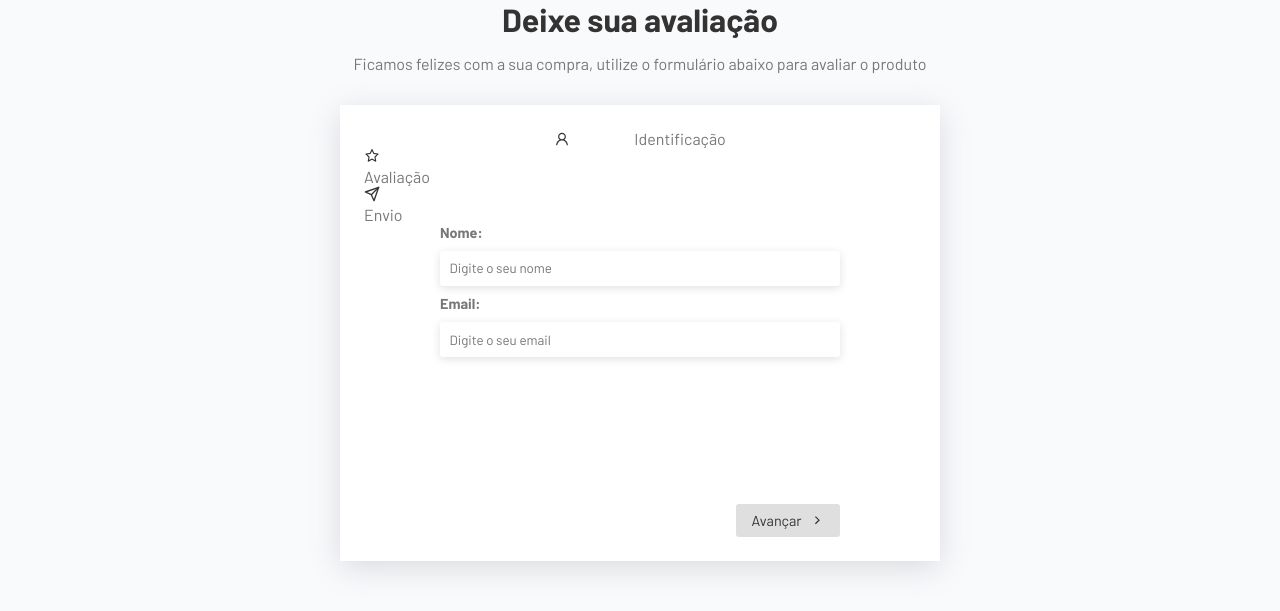
Repository: Bitroia/multistep_form_react
Page: / (app in multistep_form_react/)
An editor plug-in stored every save of this project. The page is shown before and after a run of saves, followed by the edit.
The browser window is 1280 px wide. The pictures show the whole page.
The project was rebuilt for these pictures with package versions that can differ from the ones it lists, and the page was loaded fresh each time. Also part of the build but not shown: multistep_form_react/vite.config.js, multistep_form_react/src/components/ReviewForm.jsx, multistep_form_react/src/components/Thanks.jsx.

Above is the page before, as saved 2026-06-12 14:27:55.

### multistep_form_react/index.html
<!doctype html>
<html lang="pt-br">
  <head>
    <meta charset="UTF-8" />
    <link rel="icon" type="image/svg+xml" href="/favicon.svg" />
    <link rel="preconnect" href="https://fonts.googleapis.com" />
    <link rel="preconnect" href="https://fonts.gstatic.com" crossorigin />
    <link
      href="https://fonts.googleapis.com/css2?family=Barlow:ital,wght@0,100;0,200;0,300;0,400;0,500;0,600;0,700;0,800;0,900;1,100;1,200;1,300;1,400;1,500;1,600;1,700;1,800;1,900&family=Lato:ital,wght@0,100;0,300;0,400;0,700;0,900;1,100;1,300;1,400;1,700;1,900&family=Montserrat:ital,wght@0,100..900;1,100..900&family=Roboto:ital,wght@0,100..900;1,100..900&display=swap"
      rel="stylesheet"
    />
    <meta name="viewport" content="width=device-width, initial-scale=1.0" />
    <title>Multistep Form com React</title>
  </head>
  <body>
    <div id="root"></div>
    <script type="module" src="/src/main.jsx"></script>
  </body>
</html>

### multistep_form_react/src/index.css
* {
  font-family: "Barlow";
  padding: 0;
  margin: 0;
  box-sizing: border-box;
  color: #333;
}

p {
  color: #777;
}

body {
  background-color: #f9fafc;
}

### multistep_form_react/src/App.jsx
//! Components
import { GrFormNext, GrFormPrevious } from "react-icons/gr";
import { FiSend } from "react-icons/fi";
import UserForm from "./components/UserForm";
import ReviewForm from "./components/ReviewForm";
import Thanks from "./components/Thanks";
import Steps from "./components/Steps";
import { useState } from "react";

//! Hooks

import { useForm } from "./hooks/UseForm";

import "./App.css";

function App() {
  const formComponents = [<UserForm />, <ReviewForm />, <Thanks />];

  const { currentStep, currentComponent, changeStep, isLastStep, isFirstStep } =
    useForm(formComponents);

  return (
    <div className="App">
      <div className="header">
        <h2>Deixe sua avaliação</h2>
        <p>
          Ficamos felizes com a sua compra, utilize o formulário abaixo para
          avaliar o produto
        </p>
      </div>
      <div className="form-container">
        <Steps currentStep={currentStep} />
        <form onSubmit={(e) => changeStep(currentStep + 1, e)}>
          <div className="inputs-container">{currentComponent}</div>
          <div className="actions">
            {!isFirstStep && (
              <button type="button" onClick={() => changeStep(currentStep - 1)}>
                <GrFormPrevious />
                <span>Voltar</span>
              </button>
            )}
            {!isLastStep ? (
              <button type="submit">
                <span>Avançar</span>
                <GrFormNext />
              </button>
            ) : (
              <button type="button">
                <span>Enviar</span>
                <FiSend />
              </button>
            )}
          </div>
        </form>
      </div>
    </div>
  );
}

export default App;

### multistep_form_react/src/components/UserForm.jsx
import React from "react";

const UserForm = () => {
  return (
    <div>
      <div className="form-control">
        <label htmlFor="name">Nome:</label>
        <input
          type="text"
          name="text"
          id="name"
          placeholder="Digite o seu nome"
          required
        />
        <label htmlFor="name">Email:</label>
        <input
          type="email"
          name="email"
          id="email"
          placeholder="Digite o seu email"
          required
        />
      </div>
    </div>
  );
};

export default UserForm;

### multistep_form_react/src/components/Steps.jsx
import React from "react";
import "./Steps.css";
import { AiOutlineUser, AiOutlineStar } from "react-icons/ai";
import { FiSend } from "react-icons/fi";

const Steps = ({currentStep}) => {
  return (
    <div className="steps">
      <div className="step active">
        <AiOutlineUser />
        <p>Identificação</p>
      </div>
      <div className={`step ${currentStep >= 1 ? "active" : ""}`}>
        <AiOutlineStar />
        <p>Avaliação</p>
      </div>
      <div className={`step ${currentStep >= 2 ? "active" : ""}`}>
        <FiSend />
        <p>Envio</p>
      </div>
    </div>
  );
};

export default Steps;

### multistep_form_react/src/hooks/useForm.jsx
import { useState } from "react";

export function useForm(steps) {
  const [currentStep, setCurrentStep] = useState(0);

  function changeStep(i, e) {
    if (e) e.preventDefault();

    if (i < 0 || i >= steps.length) return;

    setCurrentStep(i);
  }

  return {
    currentStep,
    currentComponent: steps[currentStep],
    changeStep,
    isLastStep: currentStep + 1 === steps.length ? true : false,
    isFirstStep: currentStep === 0 ? true : false,
  };
}

### multistep_form_react/src/App.css
.app {
  padding: 2rem;
}

/* Cabeçalho */

.header {
  text-align: center;
  margin-bottom: 2rem;
}

.header h2 {
  font-size: 2rem;
  margin-bottom: 1rem;
}

/* Forms */

.form-container {
  max-width: 600px;
  margin: 0 auto;
  background-color: #fff;
  padding: 1.5rem;
  box-shadow: rgba(100, 100, 111, 0.2) 0px 7px 29px 0px;
}

.form-container form {
  max-width: 400px;
  margin: 0 auto;
}

.inputs-container {
  min-height: 280px;
}

.form-control {
  display: flex;
  flex-direction: column;
  margin-bottom: 2rem;
  gap: 0.6rem;
}

label {
  font-weight: bold;
  font-size: 0.9rem;
  color: #777;
}

input,
textarea {
  padding: 0.6rem;
  border: none;
  border-radius: 3px;
  box-shadow: rgba(99, 99, 99, 0.2) 0px 2px 8px 0;
}

textarea {
  height: 120px;
}

/* Actions */

.actions {
  display: flex;
  justify-content: flex-end;
  gap: 1rem;
}

.actions button {
  font-size: 0.9rem;
  padding: 0.5rem 1rem;
  gap: 0.5rem;
  display: flex;
  align-items: center;
  border-radius: 3px;
  background-color: #dfdfdf;
  cursor: pointer;
  border: none;
  transition: 0.3s;
}

.actions button:hover{
    background-color: #cfcfcf;
}

### multistep_form_react/src/components/Steps.css
.active{
    display: flex;
    gap: 4rem;
    justify-content: center;
    align-items: center;
}

Loaded but not shown: multistep_form_react/src/main.jsx (common file)

After the next 2 saves:
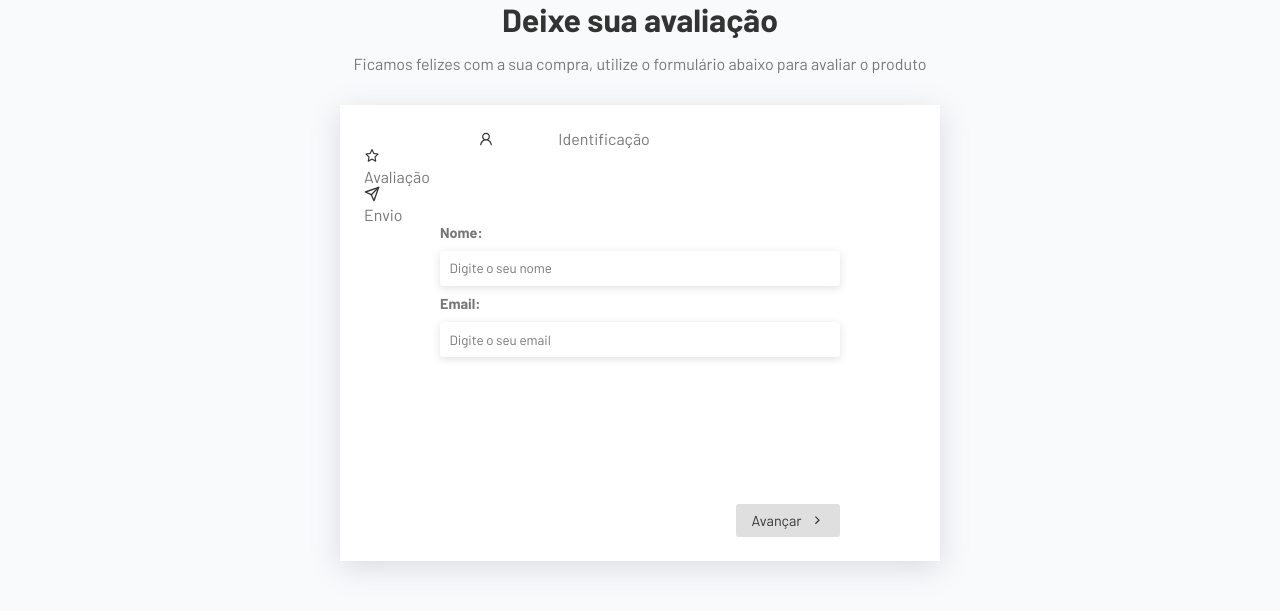
The 2 saves are shown as one change because they came seconds apart.
The last was saved 9 s later.
--- a/multistep_form_react/src/components/Steps.css
+++ b/multistep_form_react/src/components/Steps.css
@@ -3,4 +3,5 @@
     gap: 4rem;
     justify-content: center;
     align-items: center;
+    max-width: 400px;
 }
